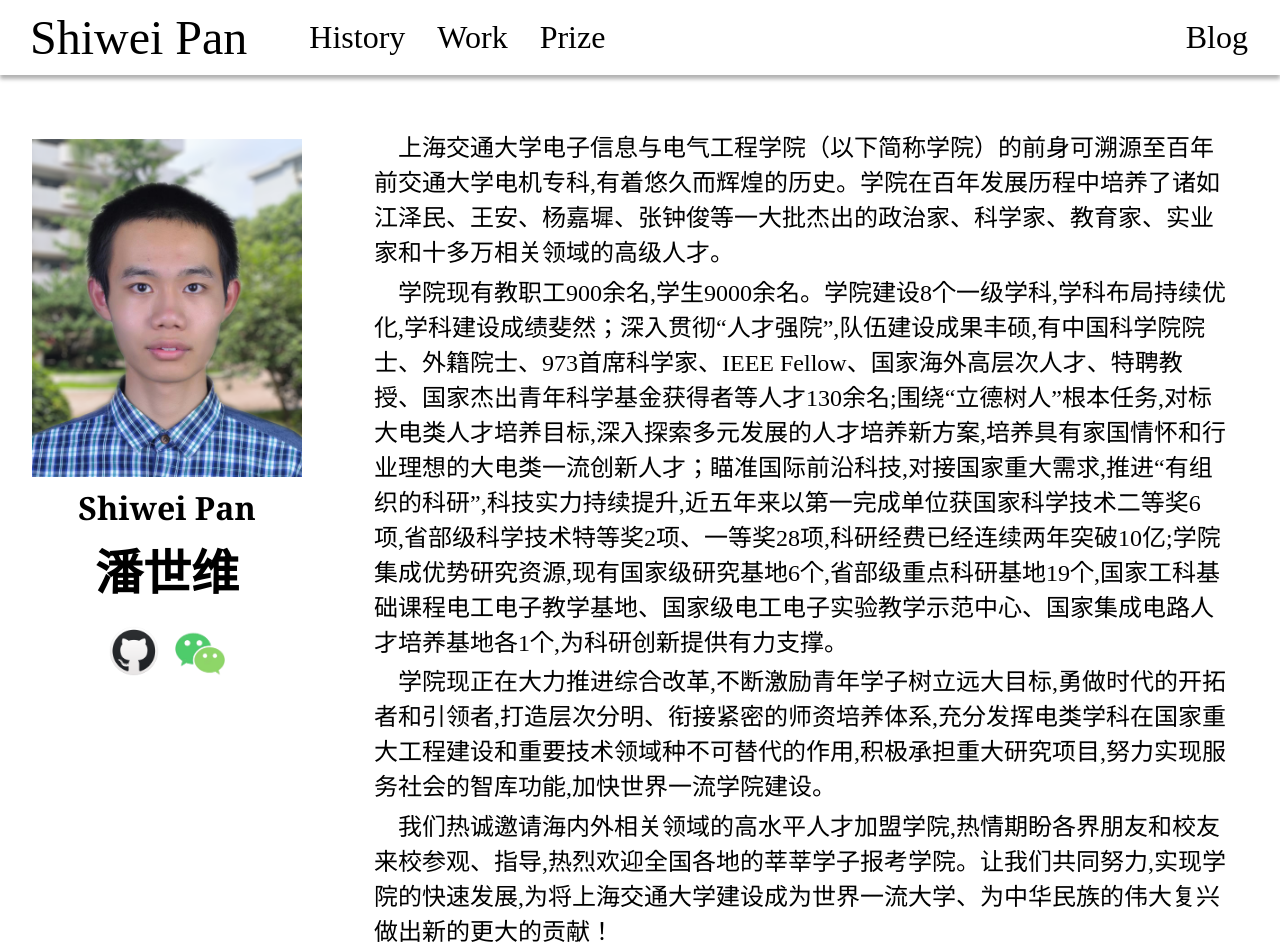
Repository: erikpsw/web
Page: new/psw.html
An editor plug-in stored every save of this project. The page is shown before and after the next save, followed by the edit.
The browser window is 1280 px wide. The pictures show the whole page.

Above is the page before, as saved 2022-06-17 08:46:52.

After the next save:
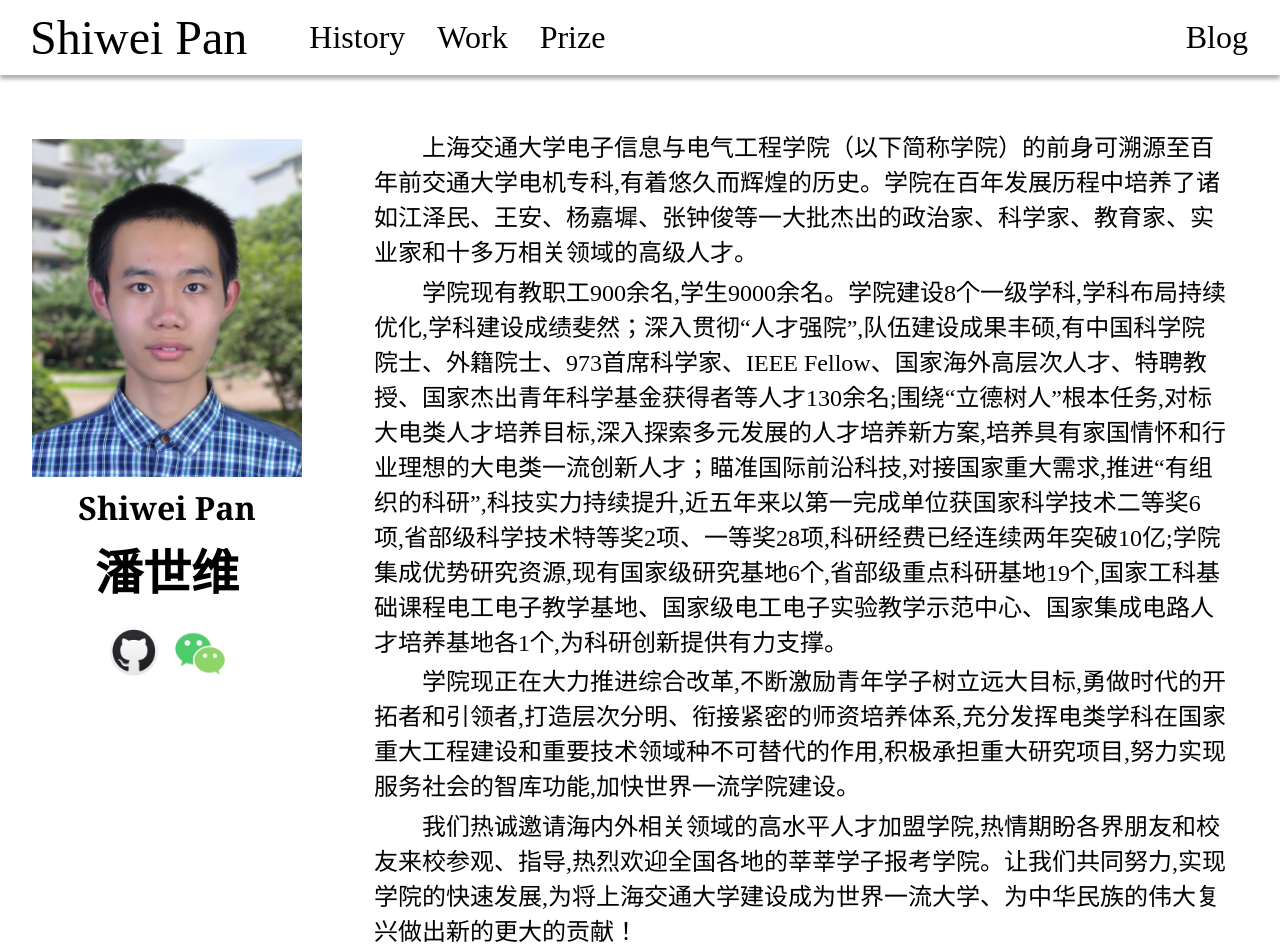
Saved 9 s later.
--- a/new/psw.html
+++ b/new/psw.html
@@ -29,13 +29,13 @@
         <ul>
         </div>
         <div id="intro">
-            <p class="text">&emsp;上海交通大学电子信息与电气工程学院（以下简称学院）的前身可溯源至百年前交通大学电机专科,有着悠久而辉煌的历史。学院在百年发展历程中培养了诸如江泽民、王安、杨嘉墀、张钟俊等一大批杰出的政治家、科学家、教育家、实业家和十多万相关领域的高级人才。</p>
+            <p class="text">&emsp;&emsp;上海交通大学电子信息与电气工程学院（以下简称学院）的前身可溯源至百年前交通大学电机专科,有着悠久而辉煌的历史。学院在百年发展历程中培养了诸如江泽民、王安、杨嘉墀、张钟俊等一大批杰出的政治家、科学家、教育家、实业家和十多万相关领域的高级人才。</p>
 
-            <p class="text">&emsp;学院现有教职工900余名,学生9000余名。学院建设8个一级学科,学科布局持续优化,学科建设成绩斐然；深入贯彻“人才强院”,队伍建设成果丰硕,有中国科学院院士、外籍院士、973首席科学家、IEEE Fellow、国家海外高层次人才、特聘教授、国家杰出青年科学基金获得者等人才130余名;围绕“立德树人”根本任务,对标大电类人才培养目标,深入探索多元发展的人才培养新方案,培养具有家国情怀和行业理想的大电类一流创新人才；瞄准国际前沿科技,对接国家重大需求,推进“有组织的科研”,科技实力持续提升,近五年来以第一完成单位获国家科学技术二等奖6项,省部级科学技术特等奖2项、一等奖28项,科研经费已经连续两年突破10亿;学院集成优势研究资源,现有国家级研究基地6个,省部级重点科研基地19个,国家工科基础课程电工电子教学基地、国家级电工电子实验教学示范中心、国家集成电路人才培养基地各1个,为科研创新提供有力支撑。</p>
+            <p class="text">&emsp;&emsp;学院现有教职工900余名,学生9000余名。学院建设8个一级学科,学科布局持续优化,学科建设成绩斐然；深入贯彻“人才强院”,队伍建设成果丰硕,有中国科学院院士、外籍院士、973首席科学家、IEEE Fellow、国家海外高层次人才、特聘教授、国家杰出青年科学基金获得者等人才130余名;围绕“立德树人”根本任务,对标大电类人才培养目标,深入探索多元发展的人才培养新方案,培养具有家国情怀和行业理想的大电类一流创新人才；瞄准国际前沿科技,对接国家重大需求,推进“有组织的科研”,科技实力持续提升,近五年来以第一完成单位获国家科学技术二等奖6项,省部级科学技术特等奖2项、一等奖28项,科研经费已经连续两年突破10亿;学院集成优势研究资源,现有国家级研究基地6个,省部级重点科研基地19个,国家工科基础课程电工电子教学基地、国家级电工电子实验教学示范中心、国家集成电路人才培养基地各1个,为科研创新提供有力支撑。</p>
 
-            <p class="text">&emsp;学院现正在大力推进综合改革,不断激励青年学子树立远大目标,勇做时代的开拓者和引领者,打造层次分明、衔接紧密的师资培养体系,充分发挥电类学科在国家重大工程建设和重要技术领域种不可替代的作用,积极承担重大研究项目,努力实现服务社会的智库功能,加快世界一流学院建设。</p>
+            <p class="text">&emsp;&emsp;学院现正在大力推进综合改革,不断激励青年学子树立远大目标,勇做时代的开拓者和引领者,打造层次分明、衔接紧密的师资培养体系,充分发挥电类学科在国家重大工程建设和重要技术领域种不可替代的作用,积极承担重大研究项目,努力实现服务社会的智库功能,加快世界一流学院建设。</p>
 
-            <p class="text">&emsp;我们热诚邀请海内外相关领域的高水平人才加盟学院,热情期盼各界朋友和校友来校参观、指导,热烈欢迎全国各地的莘莘学子报考学院。让我们共同努力,实现学院的快速发展,为将上海交通大学建设成为世界一流大学、为中华民族的伟大复兴做出新的更大的贡献！</p>
+            <p class="text">&emsp;&emsp;我们热诚邀请海内外相关领域的高水平人才加盟学院,热情期盼各界朋友和校友来校参观、指导,热烈欢迎全国各地的莘莘学子报考学院。让我们共同努力,实现学院的快速发展,为将上海交通大学建设成为世界一流大学、为中华民族的伟大复兴做出新的更大的贡献！</p>
         </div>
     </div>
 </section>
